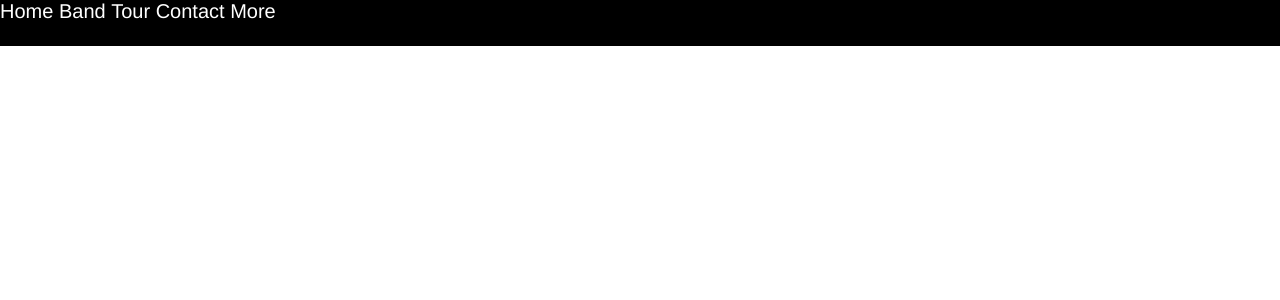
Repository: nugort/nugort.github.io
Page: f8/the-band/index.html
These files come from the project's save history. The page is drawn as it stood at one moment and after the next save; the edit follows.
The browser window is 1280 px wide. The pictures show the whole page.

Above is the page before, as saved 2022-02-07 00:30:14.

After the next save:
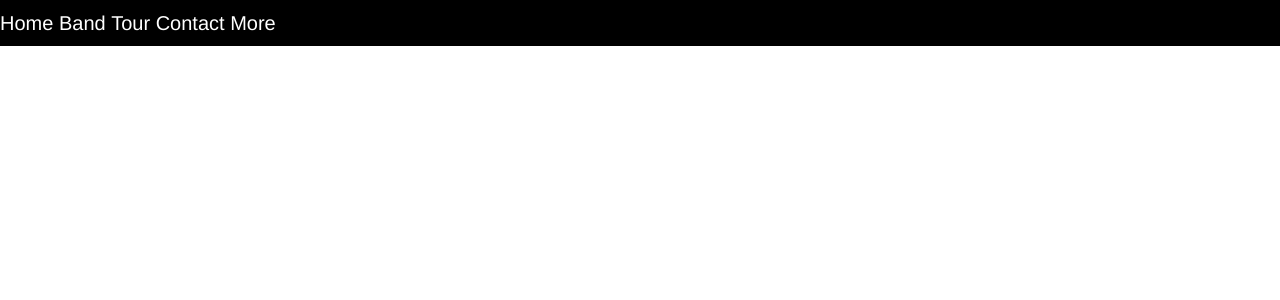
Saved 12 s later.
--- a/f8/the-band/assets/css/styles.css
+++ b/f8/the-band/assets/css/styles.css
@@ -82,7 +82,7 @@ Bôi đen điểm chung -> CTRL +  SHIFT + L -> Mũi tên qua phải ( > ) -> CT
 #nav li a {
     color: #FFFFFF;
     text-decoration: none;
-    line-height: 100%;
+    line-height: 46px;
 }
 
 #nav .subnav{
